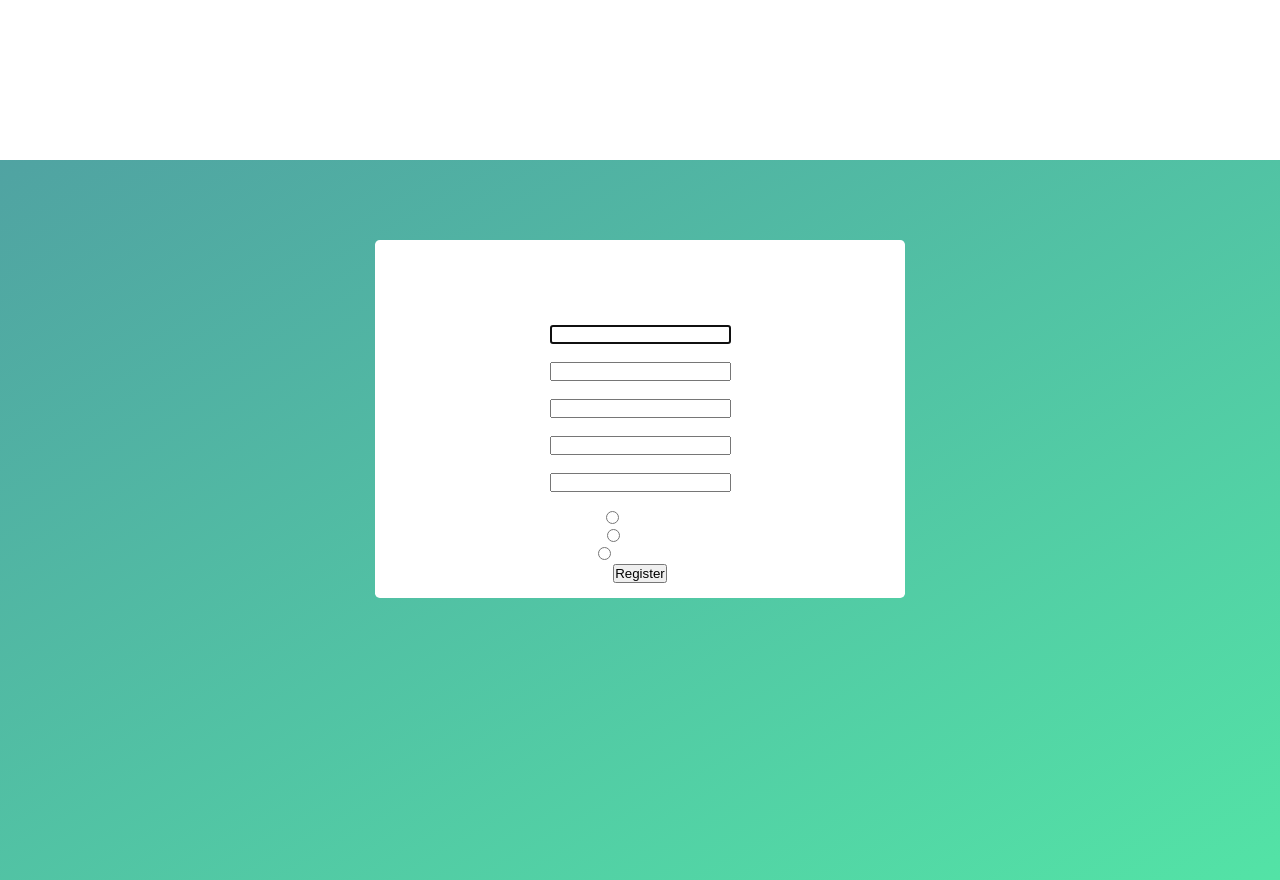
Repository: keerthanadevi50/project2-frontend-and-backend-
Page: angularfrontend/WebContent/_user/registerUser.html
These files come from the project's save history. The page is drawn as it stood at one moment and after the next save; the edit follows.
The browser window is 1280 px wide. The pictures show the whole page.
Some web fonts or font styles are not loaded; a fallback is used.

Above is the page before, as saved 2017-06-19 05:20:05.

### angularfrontend/WebContent/_user/registerUser.html
<!DOCTYPE html>
<html>
<head>
<meta charset="ISO-8859-1">
<title>Insert title here</title>

<style>
/* body {
    background-color: #eee;
}
 */
 @import url(https://fonts.googleapis.com/css?family=Source+Sans+Pro:200,300);
* {
  box-sizing: border-box;
  margin: 0;
  padding: 0;
  font-weight: 300;
}
body {
  font-family: 'Source Sans Pro', sans-serif;
  color: white;
  font-weight: 300;
}
body ::-webkit-input-placeholder {
  /* WebKit browsers */
  font-family: 'Source Sans Pro', sans-serif;
  color: white;
  font-weight: 300;
}
body :-moz-placeholder {
  /* Mozilla Firefox 4 to 18 */
  font-family: 'Source Sans Pro', sans-serif;
  color: white;
  opacity: 1;
  font-weight: 300;
}
body ::-moz-placeholder {
  /* Mozilla Firefox 19+ */
  font-family: 'Source Sans Pro', sans-serif;
  color: white;
  opacity: 1;
  font-weight: 300;
}
body :-ms-input-placeholder {
  /* Internet Explorer 10+ */
  font-family: 'Source Sans Pro', sans-serif;
  color: white;
  font-weight: 300;
}
.wrapper {
  background: #50a3a2;
  background: -webkit-linear-gradient(top left, #50a3a2 0%, #53e3a6 100%);
  background: linear-gradient(to bottom right, #50a3a2 0%, #53e3a6 100%);
  position: absolute;
  top: 50%;
  left: 0;
  width: 100%;
  height: 100%;
  margin-top: -200px;
  overflow: hidden;
}
.wrapper.form-success .container h1 {
  -webkit-transform: translateY(85px);
          transform: translateY(85px);
}

.container {
  max-width: 600px;
  margin: 0 auto;
  padding: 80px 0;
  height: 400px;
  text-align: center;
}
.container h1 {
  font-size: 40px;
  -webkit-transition-duration: 1s;
          transition-duration: 1s;
  -webkit-transition-timing-function: ease-in-put;
          transition-timing-function: ease-in-put;
  font-weight: 200;
}
*[role="form"] {
    max-width: 530px;
    padding: 15px;
    margin: 0 auto;
    background-color: #fff;
    border-radius: 0.3em;
}

*[role="form"] h2 {
    margin-left: 5em;
    margin-bottom: 1em;
}
.bg-bubbles {
  position: absolute;
  top: 0;
  left: 0;
  width: 100%;
  height: 100%;
  z-index: 1;
}
.bg-bubbles li {
  position: absolute;
  list-style: none;
  display: block;
  width: 40px;
  height: 40px;
  background-color: rgba(255, 255, 255, 0.15);
  bottom: -160px;
  -webkit-animation: square 25s infinite;
  animation: square 25s infinite;
  -webkit-transition-timing-function: linear;
  transition-timing-function: linear;
}
.bg-bubbles li:nth-child(1) {
  left: 10%;
}
.bg-bubbles li:nth-child(2) {
  left: 20%;
  width: 80px;
  height: 80px;
  -webkit-animation-delay: 2s;
          animation-delay: 2s;
  -webkit-animation-duration: 17s;
          animation-duration: 17s;
}
.bg-bubbles li:nth-child(3) {
  left: 25%;
  -webkit-animation-delay: 4s;
          animation-delay: 4s;
}
.bg-bubbles li:nth-child(4) {
  left: 40%;
  width: 60px;
  height: 60px;
  -webkit-animation-duration: 22s;
          animation-duration: 22s;
  background-color: rgba(255, 255, 255, 0.25);
}
.bg-bubbles li:nth-child(5) {
  left: 70%;
}
.bg-bubbles li:nth-child(6) {
  left: 80%;
  width: 120px;
  height: 120px;
  -webkit-animation-delay: 3s;
          animation-delay: 3s;
  background-color: rgba(255, 255, 255, 0.2);
}
.bg-bubbles li:nth-child(7) {
  left: 32%;
  width: 160px;
  height: 160px;
  -webkit-animation-delay: 7s;
          animation-delay: 7s;
}
.bg-bubbles li:nth-child(8) {
  left: 55%;
  width: 20px;
  height: 20px;
  -webkit-animation-delay: 15s;
          animation-delay: 15s;
  -webkit-animation-duration: 40s;
          animation-duration: 40s;
}
.bg-bubbles li:nth-child(9) {
  left: 25%;
  width: 10px;
  height: 10px;
  -webkit-animation-delay: 2s;
          animation-delay: 2s;
  -webkit-animation-duration: 40s;
          animation-duration: 40s;
  background-color: rgba(255, 255, 255, 0.3);
}
.bg-bubbles li:nth-child(10) {
  left: 90%;
  width: 160px;
  height: 160px;
  -webkit-animation-delay: 11s;
          animation-delay: 11s;
}
.btn-wid{
width:40%;
}
@-webkit-keyframes square {
  0% {
    -webkit-transform: translateY(0);
            transform: translateY(0);
  }
  100% {
    -webkit-transform: translateY(-700px) rotate(600deg);
            transform: translateY(-700px) rotate(600deg);
  }
}
@keyframes square {
  0% {
    -webkit-transform: translateY(0);
            transform: translateY(0);
  }
  100% {
    -webkit-transform: translateY(-700px) rotate(600deg);
            transform: translateY(-700px) rotate(600deg);
  }
}



</style>

</head>
<body>
<div class="wrapper">
<div class="container">
            <form class="form-horizontal" role="form">
                <h2>Registration Form</h2>
                <div class="form-group">
                    <label for="firstName" class="col-sm-3 control-label">Name</label>
                    <div class="col-sm-9">
                        <input type="text" id="name" placeholder="name" required=" " title="Name should have  min 3 char and max 15 ,no numbers" pattern="[A-Za-z]{3,15}" ng-model="user.name" class="form-control" autofocus>
                      </div>
                </div>

                <div class="form-group">
                    <label for="firstName" class="col-sm-3 control-label">Username</label>
                    <div class="col-sm-9">
                        <input type="text" id="firstName" placeholder="username" required=" " name="name" title="Name should have  min 3 char and max 15 ,no numbers" pattern="[A-Za-z]{3,15}" ng-model="user.username"  class="form-control" autofocus>

                    </div>
                </div>
                <div class="form-group">
                    <label for="email" class="col-sm-3 control-label">Email</label>
                    <div class="col-sm-9">
                        <input type="email" id="email" required="" title="invalid email address" placeholder="Enter you Email"  ng-model="user.email" class="form-control">
                    </div>
                </div>
                <div class="form-group">
                    <label for="password" class="col-sm-3 control-label">Password</label>
                    <div class="col-sm-9">
                        <input type="password" id="password" placeholder="Password" ng-model="user.password" class="form-control">
                    </div>
                </div>

                <div class="form-group">
                     <label for="firstName" class="col-sm-3 control-label">Mobile Number</label>
                    <div class="col-sm-9">
                    <input type="number" name="PhoneNumber"  required="" minlength="10" maxlength="10" pattern="[789][0-9]{9}" title="Phone number with 7-9 and remaing 9 digit with 0-9" ng-model="user.phonenumber" class="form-control">

                      </div>
                </div>

                <div class="form-group">
                    <label class="control-label col-sm-3">Role</label>
                    <div class="col-sm-6">
                        <div class="row">
                            <div class="col-sm-4">
                                <label class="radio-inline">
                                    <input type="radio" id="femaleRadio" ng-model="user.role" value="student">Student
                                </label>
                            </div>
                            <div class="col-sm-4">
                                <label class="radio-inline">
                                    <input type="radio" id="maleRadio" ng-model="user.role" value="alumini">Alumini
                                </label>
                            </div>
                            <div class="col-sm-4">
                                <label class="radio-inline">
                                    <input type="radio" id="uncknownRadio" ng-model="user.role" value="employee">Employee
                                </label>
                            </div>
                        </div>
                    </div>
                </div> <!-- /.form-group -->



            <div class="row">
  <div class="col-sm-12">
    <div class="text-center">
      <button class="btn btn-primary" id="singlebutton" ng-click="registerUser()"> Register</button>
    </div>
  </div>
</div>
            </form> <!-- /form -->
        </div> <!-- ./container -->
        </div>
</body>
</html>

After the next save:
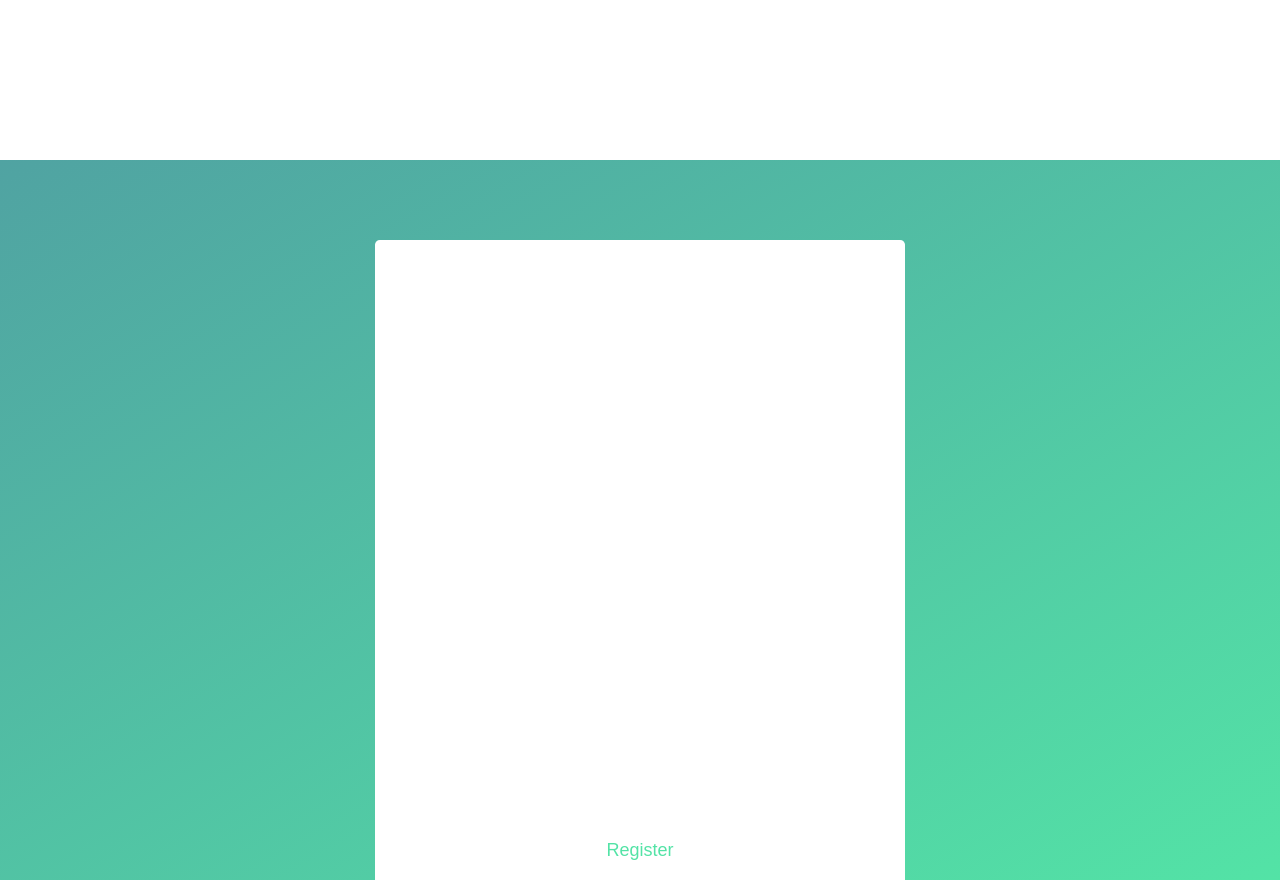
Saved 2 min 28 s later.
--- a/angularfrontend/WebContent/_user/registerUser.html
+++ b/angularfrontend/WebContent/_user/registerUser.html
@@ -90,6 +90,57 @@ body :-ms-input-placeholder {
 *[role="form"] h2 {
     margin-left: 5em;
     margin-bottom: 1em;
+}
+form {
+  padding: 20px 0;
+  position: relative;
+  z-index: 2;
+}
+form input {
+  -webkit-appearance: none;
+     -moz-appearance: none;
+          appearance: none;
+  outline: 0;
+  border: 1px solid rgba(255, 255, 255, 0.4);
+  background-color: rgba(255, 255, 255, 0.2);
+  width: 250px;
+  border-radius: 3px;
+  padding: 10px 15px;
+  margin: 0 auto 10px auto;
+  display: block;
+  text-align: center;
+  font-size: 18px;
+  color: white;
+  -webkit-transition-duration: 0.25s;
+          transition-duration: 0.25s;
+  font-weight: 300;
+}
+form input:hover {
+  background-color: rgba(255, 255, 255, 0.4);
+}
+form input:focus {
+  background-color: white;
+  width: 300px;
+  color: #53e3a6;
+}
+form button {
+  -webkit-appearance: none;
+     -moz-appearance: none;
+          appearance: none;
+  outline: 0;
+  background-color: white;
+  border: 0;
+  padding: 10px 15px;
+  color: #53e3a6;
+  border-radius: 3px;
+  width: 250px;
+  cursor: pointer;
+  font-size: 18px;
+  -webkit-transition-duration: 0.25s;
+          transition-duration: 0.25s;
+}
+form button:hover {
+  background-color: #f5f7f9;
 }
 .bg-bubbles {
   position: absolute;
